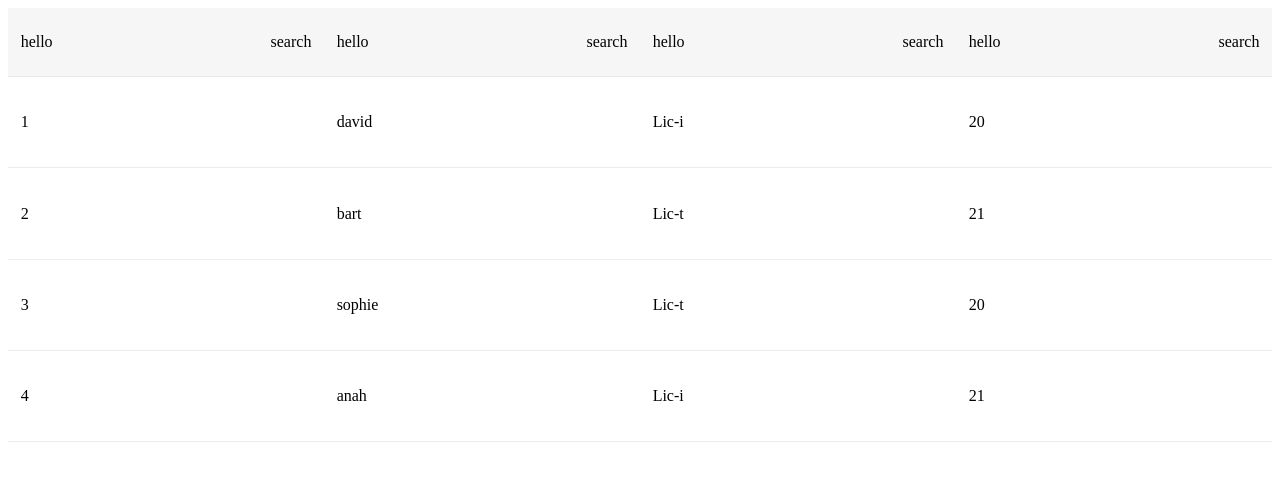
Repository: mrDav90/simple-htmlTable-generator
Page: index.html
These files come from the project's save history. The page is drawn as it stood at one moment and after the next save; the edit follows.
The browser window is 1280 px wide. The pictures show the whole page.

Above is the page before, as saved 2022-08-09 18:00:25.

### index.html
<!DOCTYPE html>
<html lang="en">
<head>
    <meta charset="UTF-8">
    <meta http-equiv="X-UA-Compatible" content="IE=edge">
    <meta name="viewport" content="width=device-width, initial-scale=1.0">
    <title>Document</title>
    <script  type="text/javascript"  src="./table.js" ></script>


    <script>
        document.addEventListener("DOMContentLoaded" , ()=> {

            function ninjavidTable (object) {
                // table generator
                console.log("------------------------");
                console.log("Simple table generator");
                console.log("------------------------");

                // this , to return the maximum length of object for defining column count
                function getColumnCount() {
                    let initValue = (Object.keys(data[0])).length ;
                    for (let i = 1; i < data.length; i++) {
                        if ((Object.keys(data[i])).length > initValue ) {
                            initValue = (Object.keys(data[i])).length ;
                        }
                    }
                    return initValue;
                }

                // init variables
                let data = object.data ;
                let rowCount = data.length;
                let columnCount =  getColumnCount();
                let table = document.createElement("table");
                let tr = null;

                // creation of table header
                tr = document.createElement("tr");
                tr.classList = "tr-header"
                for (let i = 0; i < columnCount; i++) {
                    th = document.createElement("th");
                    div = document.createElement("div");
                    div.style.width = "100%"
                    div.style.display = "flex"
                    div.style.justifyContent = "space-between"
                    div1 = document.createElement("div");
                    div1.textContent = "hello"
                    div2 = document.createElement("div");
                    div2.textContent = "search"
                    div.appendChild(div1);
                    div.appendChild(div2);
                    th.appendChild(div)
                    tr.appendChild(th);
                }
                table.appendChild(tr);


                // creation of table body
                for (let i = 0; i < rowCount; i++) {
                    tr = document.createElement("tr");
                    for (const [key , value] of Object.entries(data[i]) ) {
                        //console.log(`${key}: ${value}`);
                        td = document.createElement("td");
                        td.textContent = value ? value : "not specified"
                        tr.appendChild(td);
                    }
                    table.appendChild(tr);
                }

                // display Table
                document.querySelector(".tableContainer").appendChild(table);

            }


            const theData = [
                {
                    id : 1 ,
                    name : "david" ,
                    class : "Lic-i" ,
                    age : 20
                } ,
                {
                    id : 2 ,
                    name : "bart" ,
                    class : "Lic-t" ,
                    age : 21
                } ,
                {
                    id : 3 ,
                    name : "sophie" ,
                    class : "Lic-t" ,
                    age : 20
                } ,
                {
                    id : 4,
                    name : "anah" ,
                    class : "Lic-i" ,
                    age : 21
                } ,
            ]

            ninjavidTable({
                data : theData ,
            });


        })

    </script>

<style>
    *{
        font-family: serif;
    }
    table,tr,th,td{
        border-collapse: collapse;
    }
    table{
        width: 100%;
    }
    tr{
        border-bottom: 1px solid  rgba(220, 220, 220, 0.5);
    }
    th{
        height: 6vh ;
        width: auto;
        font-weight: normal;
        padding: 1%;
        background: #f6f6f7;
    }
    td{
        height: 9vh;
        padding: 1%;
    }
    tr:not(.tr-header):hover {
        background-color: rgba(220, 220, 220, 0.5);
        transition: all 0.2s;
    }

    .optionContent{
        width: 100%;
        display: flex;
        justify-content: space-around;
        align-items: center;
    }

    .edit{
        color: #0097e6;
        cursor: pointer;
    }

    .delete{
        color: #e84118;
        cursor: pointer;
    }

</style>
</head>
<body>
    <div class="tableContainer" >

    </div>
</body>
</html>

### table.js

// table generator
console.log("------------------------");
console.log("Simple table generator");
console.log("------------------------");

After the next save:
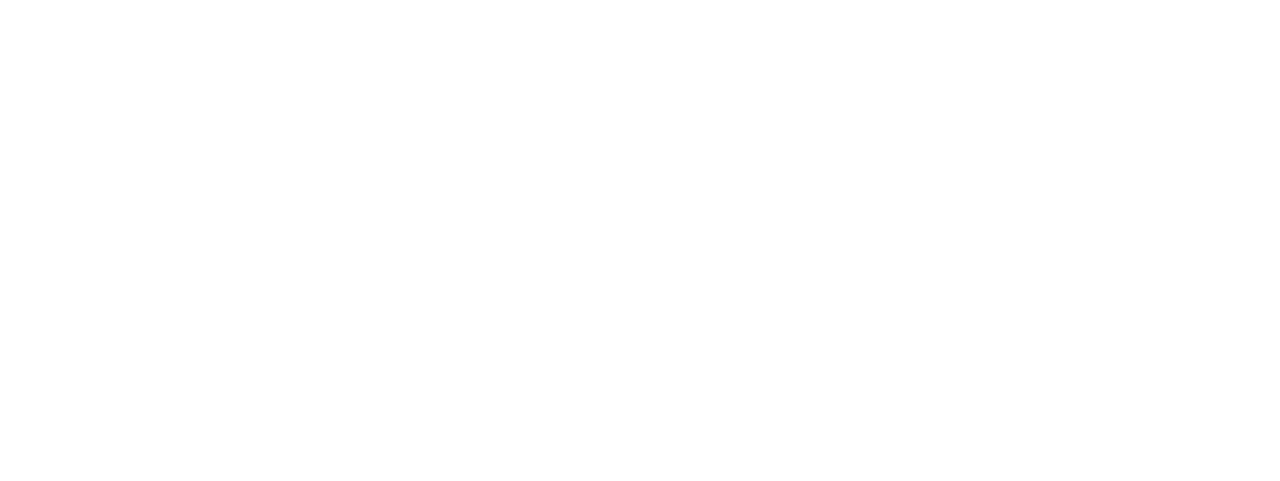
Saved 44 s later.
--- a/index.html
+++ b/index.html
@@ -9,104 +9,7 @@
 
 
     <script>
-        document.addEventListener("DOMContentLoaded" , ()=> {
 
-            function ninjavidTable (object) {
-                // table generator
-                console.log("------------------------");
-                console.log("Simple table generator");
-                console.log("------------------------");
-
-                // this , to return the maximum length of object for defining column count
-                function getColumnCount() {
-                    let initValue = (Object.keys(data[0])).length ;
-                    for (let i = 1; i < data.length; i++) {
-                        if ((Object.keys(data[i])).length > initValue ) {
-                            initValue = (Object.keys(data[i])).length ;
-                        }
-                    }
-                    return initValue;
-                }
-
-                // init variables
-                let data = object.data ;
-                let rowCount = data.length;
-                let columnCount =  getColumnCount();
-                let table = document.createElement("table");
-                let tr = null;
-
-                // creation of table header
-                tr = document.createElement("tr");
-                tr.classList = "tr-header"
-                for (let i = 0; i < columnCount; i++) {
-                    th = document.createElement("th");
-                    div = document.createElement("div");
-                    div.style.width = "100%"
-                    div.style.display = "flex"
-                    div.style.justifyContent = "space-between"
-                    div1 = document.createElement("div");
-                    div1.textContent = "hello"
-                    div2 = document.createElement("div");
-                    div2.textContent = "search"
-                    div.appendChild(div1);
-                    div.appendChild(div2);
-                    th.appendChild(div)
-                    tr.appendChild(th);
-                }
-                table.appendChild(tr);
-
-
-                // creation of table body
-                for (let i = 0; i < rowCount; i++) {
-                    tr = document.createElement("tr");
-                    for (const [key , value] of Object.entries(data[i]) ) {
-                        //console.log(`${key}: ${value}`);
-                        td = document.createElement("td");
-                        td.textContent = value ? value : "not specified"
-                        tr.appendChild(td);
-                    }
-                    table.appendChild(tr);
-                }
-
-                // display Table
-                document.querySelector(".tableContainer").appendChild(table);
-
-            }
-
-
-            const theData = [
-                {
-                    id : 1 ,
-                    name : "david" ,
-                    class : "Lic-i" ,
-                    age : 20
-                } ,
-                {
-                    id : 2 ,
-                    name : "bart" ,
-                    class : "Lic-t" ,
-                    age : 21
-                } ,
-                {
-                    id : 3 ,
-                    name : "sophie" ,
-                    class : "Lic-t" ,
-                    age : 20
-                } ,
-                {
-                    id : 4,
-                    name : "anah" ,
-                    class : "Lic-i" ,
-                    age : 21
-                } ,
-            ]
-
-            ninjavidTable({
-                data : theData ,
-            });
-
-
-        })
 
     </script>
 

After the save that followed:
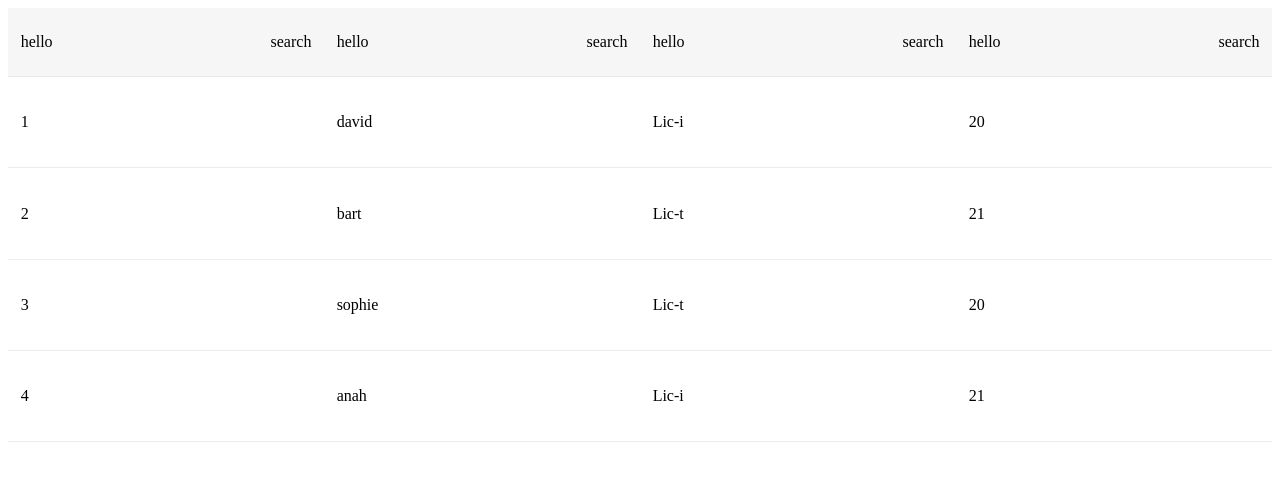
Saved 6 s later.
--- a/table.js
+++ b/table.js
@@ -1,5 +1,98 @@
+document.addEventListener("DOMContentLoaded" , ()=> {
 
-// table generator
-console.log("------------------------");
-console.log("Simple table generator");
-console.log("------------------------");
+    function ninjavidTable (object) {
+        // table generator
+        console.log("------------------------");
+        console.log("Simple table generator");
+        console.log("------------------------");
+
+        // this , to return the maximum length of object for defining column count
+        function getColumnCount() {
+            let initValue = (Object.keys(data[0])).length ;
+            for (let i = 1; i < data.length; i++) {
+                if ((Object.keys(data[i])).length > initValue ) {
+                    initValue = (Object.keys(data[i])).length ;
+                }
+            }
+            return initValue;
+        }
+
+        // init variables
+        let data = object.data ;
+        let rowCount = data.length;
+        let columnCount =  getColumnCount();
+        let table = document.createElement("table");
+        let tr = null;
+
+        // creation of table header
+        tr = document.createElement("tr");
+        tr.classList = "tr-header"
+        for (let i = 0; i < columnCount; i++) {
+            th = document.createElement("th");
+            div = document.createElement("div");
+            div.style.width = "100%"
+            div.style.display = "flex"
+            div.style.justifyContent = "space-between"
+            div1 = document.createElement("div");
+            div1.textContent = "hello"
+            div2 = document.createElement("div");
+            div2.textContent = "search"
+            div.appendChild(div1);
+            div.appendChild(div2);
+            th.appendChild(div)
+            tr.appendChild(th);
+        }
+        table.appendChild(tr);
+
+
+        // creation of table body
+        for (let i = 0; i < rowCount; i++) {
+            tr = document.createElement("tr");
+            for (const [key , value] of Object.entries(data[i]) ) {
+                //console.log(`${key}: ${value}`);
+                td = document.createElement("td");
+                td.textContent = value ? value : "not specified"
+                tr.appendChild(td);
+            }
+            table.appendChild(tr);
+        }
+
+        // display Table
+        document.querySelector(".tableContainer").appendChild(table);
+
+    }
+
+
+    const theData = [
+        {
+            id : 1 ,
+            name : "david" ,
+            class : "Lic-i" ,
+            age : 20
+        } ,
+        {
+            id : 2 ,
+            name : "bart" ,
+            class : "Lic-t" ,
+            age : 21
+        } ,
+        {
+            id : 3 ,
+            name : "sophie" ,
+            class : "Lic-t" ,
+            age : 20
+        } ,
+        {
+            id : 4,
+            name : "anah" ,
+            class : "Lic-i" ,
+            age : 21
+        } ,
+    ]
+
+    ninjavidTable({
+        data : theData ,
+    });
+
+
+})
